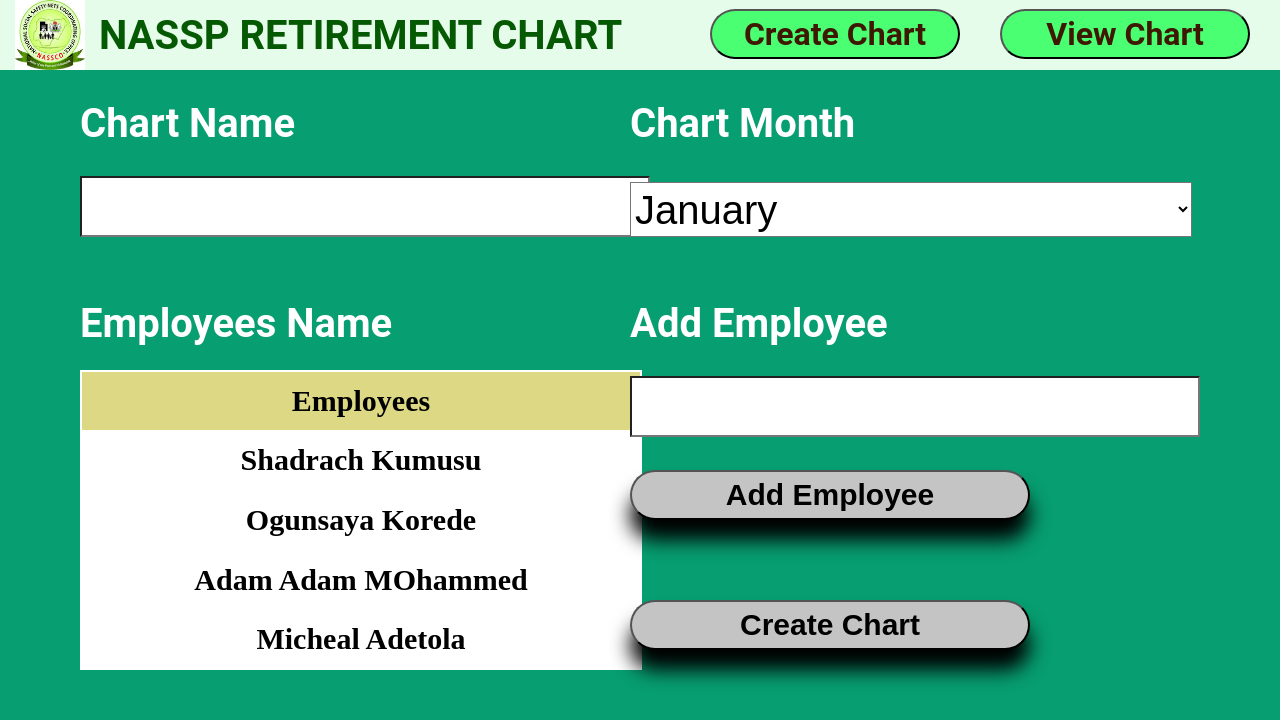
Repository: sheddy1/nasspchart
Page: http://localhost/
These files come from the project's save history. The page is drawn as it stood at one moment and after the next save; the edit follows.
The browser window is 1280 px wide. The pictures show the whole page.
The page is run by PHP 8.4 with error messages shown; the project is at /var/www/html/. The database holds what the project's SQL file puts in it.

Above is the page before, as saved 2022-04-05 14:19:37.

### index.php
<!DOCTYPE html>
<html lang="en">
<head>
    <meta charset="UTF-8">
    <meta http-equiv="X-UA-Compatible" content="IE=edge">
    <meta name="viewport" content="width=device-width, initial-scale=1.0">
    <title>NASSP CHART</title>
    <link rel="stylesheet" href="index.css">
</head>
<body>
    <div id="header">
        <img src="images/images.jpg" class="logo-image">

        <label class="logo-text">NASSP RETIREMENT CHART</label>

        <form action="" method="POST">
            <button class="view-chart" name="view-chart">
                View Chart
            </button>

            <button class="create-chart" name="create-chart">
                Create Chart
            </button>
        </form>
    </div>

    <input type="text">

    <?php
        $page = 1;
        if(isset($_POST['view-chart']))
        {
            // echo"<script>alert('you can view chart')</script>";
            $page = 2;

        }

        if(isset($_POST['create-chart']))
        {
            //  echo"<script>alert('you can create chart')</script>";

            $page = 1;
        }

        if($page==0)
        {

        }
        else if($page == 1)
        {
            $user = "root";
            $pass = "";
            $db ="nassp";
            $db = new mysqli('localhost',$user,$pass,$db)
            or die("could not connect");

            $con1="SELECT * FROM employee ";

            $con1a = mysqli_query($db,$con1);

            $con1b  = mysqli_num_rows($con1a);

          $no1= $con1b;

          echo "<form>";

            echo "

                    <div id='chart-name'>
                        <label class='chartname1'>
                        Chart Name
                        </label>

                        <input type='text'
                         class='chart-name-text' name='chart-name-text'>
                    </div>

                    <div id='chart-month'>
                        <label class='chartname1'>
                        Chart Month
                        </label>

                        <select name='chart-month-select'
                         class='chart-name-text'>
                            <option value='1'>January</option>
                            <option value='2'>Febuary</option>
                            <option value='3'>March</option>
                            <option value='4'>April</option>
                            <option value='5'>May</option>
                            <option value='6'>June</option>
                            <option value='7'>July</option>
                            <option value='8'>August</option>
                            <option value='9'>September</option>
                            <option value='10'>October</option>
                            <option value='11'>November</option>
                            <option value='12'>December</option>
                        </select>
                    </div>

                    <div id='employees'>
                        <label class='chartname1'>
                        Employees Name
                        </label>

                        <div class='employee-div1'>

                        <table class='employees-table'>

                        <tr class='employees-table-row'>
                            <th>Employees</th>
                            </tr>

                        ";
                        for($x = 0; $x<$no1; $x++)
                        {
                            $row = mysqli_fetch_array($con1a);

                            echo"<tr class='employees-table-row1'><th>".$row['employee']."</th></tr  >";
                        }
                        echo"

                        </table>
                        </div>

                    </div>

                    <button type='submit' class='btn-chart' name='btn-chart'>
                        Create Chart
                    </button>";
                echo"</form>";





            echo"
            <form method='POST' action=''>
            <div id='add-employee'>
                    <label class='chartname1'>
                    Add Employee
                    </label>

                    <input type='text'
                     class='chart-name-text' name='employee-name-text'>

                     <button type='submit' class ='add-employee-button'
                     name='add-employee-button'>
                        Add Employee
                     </button>


                </div>
                </form>
            ";



        }

        else if($page == 2)
        {

        }

        if(isset($_POST['add-employee-button']))
        {
            $employee = $_POST['employee-name-text'];

            // echo"<script>alert('the stuff is');</script>";

            $user = "root";
            $pass = "";
            $db ="nassp";
            $db = new mysqli('localhost',$user,$pass,$db)
            or die("could not connect");

            $open = "open";

            $insert_employee = "INSERT INTO employee (employee,`1`) VALUES ('$employee','$open')";

            mysqli_query($db,$insert_employee);

            mysqli_close();

        }

        if(isset($_POST['btn-chart']))
        {

            echo"<script>alert('posted');</script>";

            // $name = $_POST['chart-name-text'];

            // $month = $_POST['chart-month-select'];

            // $user = "root";
            // $pass = "";
            // $db ="nassp";
            // $db = new mysqli('localhost',$user,$pass,$db)
            // or die("could not connect");

            // $con1="SELECT * FROM employee";

            // $con1a = mysqli_query($db,$con1);

            // $con1b  = mysqli_num_rows($con1a);

            // $no1= $con1b;

            // $open = "open";

            // $closed = "closed";

            // $row = mysqli_fetch_array($con1a);

            // $employee = $row['employee'];

            // $insert_chart = "INSERT INTO employees (employee,table1,id,`1`,`2`,`3`,`4`,`5`,`6`,`7`,`8`,`9`,`10`,`11`,`12`,`13`,`14`,`15`,`16`,`17`,`18`,`19`,`20`,`21`,`22`,`23`,`24`,`25`,`26`,`27`,`28`,`29`,`30`,`31`) VALUES
            //         ('$closed','$name','$month','$open','$open','$open','$open','$open','$open','$open','$open','$open','$open','$open','$open','$open','$open','$open','$open','$open','$open','$open','$open','$open','$open','$open','$open','$open','$open','$open','$open','$open','$open','$open')";

            //         mysqli_query($db,$insert_chart);

            // for($x = 0; $x<$no1; $x++)
            //      {
            //         $row = mysqli_fetch_array($con1a);

            //         $employee = $row['employee'];

            //         // echo"<tr class='employees-table-row1'><th>".$row['employee']."</th></tr  >";

            //         $insert_chart = "INSERT INTO employees (employee,table1,id,`1`,`2`,`3`,`4`,`5`,`6`,`7`,`8`,`9`,`10`,`11`,`12`,`13`,`14`,`15`,`16`,`17`,`18`,`19`,`20`,`21`,`22`,`23`,`24`,`25`,`26`,`27`,`28`,`29`,`30`,`31`) VALUES
            //         ('$employee','$name','$month','$open','$open','$open','$open','$open','$open','$open','$open','$open','$open','$open','$open','$open','$open','$open','$open','$open','$open','$open','$open','$open','$open','$open','$open','$open','$open','$open','$open','$open','$open','$open')";

            //         mysqli_query($db,$insert_chart);
            //     }
        }

        // if(isset($_POST['chart-name-text']))
        // {
        //     echo"<script>alert('the stuff is');</script>";
        // }
    ?>
</body>
</html>

### index.css
body{
    background-color: #079E71;
}

#header{
 height: 70px;
width: 100%;
position: absolute;
left: 0px;
top: 0px;
border-radius: 0px;
background: #E5FCEA;
}

.logo-image{
    position: absolute;
width: 70px;
height: 70px;
left: 15px;
top: 0px;
}

.logo-text{
    position: absolute;
width: 700px;
height: 47px;
left: 99px;
top: 12px;

font-family: 'Roboto';
font-style: normal;
font-weight: 700;
font-size: 40px;
line-height: 47px;
/* identical to box height */


color: #055903;
}

.view-chart{
    position: absolute;
width: 250px;
height: 50px;
right: 30px;
top: 9px;

background: #4BFF73;
border-radius: 50px;

font-family: 'Roboto';
font-style: normal;
font-weight: 700;
font-size: 32px;
line-height: 38px;
/* identical to box height */


color: #3F1802;
}

.create-chart{
    position: absolute;
width: 250px;
height: 50px;
right: 320px;
top: 9px;

background: #4BFF73;
border-radius: 50px;

font-family: 'Roboto';
font-style: normal;
font-weight: 700;
font-size: 32px;
line-height: 38px;
/* identical to box height */


color: #3F1802;
}

#chart-name{
    position: absolute;
width: 570px;
height: 137px;
left: 80px;
top: 100px;
/* background-color: red; */
}

.chartname1{
    position: absolute;
left: 0px;
top: 0px;

font-family: 'Roboto';
font-style: normal;
font-weight: 700;
font-size: 40px;
line-height: 47px;
/* identical to box height */


color: #FFFFFF;
}

.chart-name-text{
    position: absolute;
width: 562px;
height: 55px;
left: 0px;
bottom: 0px;
font-size:40px;
background: #ffffff;
}

#chart-month{
    position: absolute;
width: 570px;
height: 137px;
right: 80px;
top: 100px;
/* background-color: red; */
}

#employees{
    position: absolute;
width: 570px;
height: 137px;
left: 80px;
top: 300px;
/* background-color: red; */
}

.employee-div1{
    position: absolute;
width: 562px;
height: 300px;
left: 0px;
top: 70px;
overflow: auto;
font-size: 30px;
background: #ffffff;
text-align: center;
}

.employees-table{
    text-align: center;
    width: 100%;
    height: 100%;
}

.employees-table-row{
    text-align: center;
width: 100%;
height: 50px;
background: #DCD884;
}

.employees-table-row1{
    text-align: center;
width: 100%;
height: 50px;

}

#add-employee{
    position: absolute;
width: 570px;
height: 137px;
right: 80px;
top: 300px;
/* background-color: red; */
}

.add-employee-button{
    position: absolute;
width: 400px;
height: 50px;
left: 0px;
top: 170px;
font-weight: bold;
font-size: 30px;
background: #C4C4C4;
border-radius: 50px;
box-shadow: 0px 20px 20px 0px;
}


.btn-chart{
    position: absolute;
    width: 400px;
    height: 50px;
    right: 250px;
    top: 600px;
    font-weight: bold;
    font-size: 30px;
    background: #C4C4C4;
    border-radius: 50px;
    box-shadow: 0px 20px 20px 0px;
}

### nassp.sql (the tables this page reads)
CREATE TABLE `employee` (
  `employee` varchar(50) NOT NULL
) ENGINE=InnoDB DEFAULT CHARSET=latin1;

INSERT INTO `employee` (`employee`) VALUES
('Shadrach Kumusu'),
('Ogunsaya Korede'),
('Adam Adam MOhammed'),
('Micheal Adetola');

After the next save:
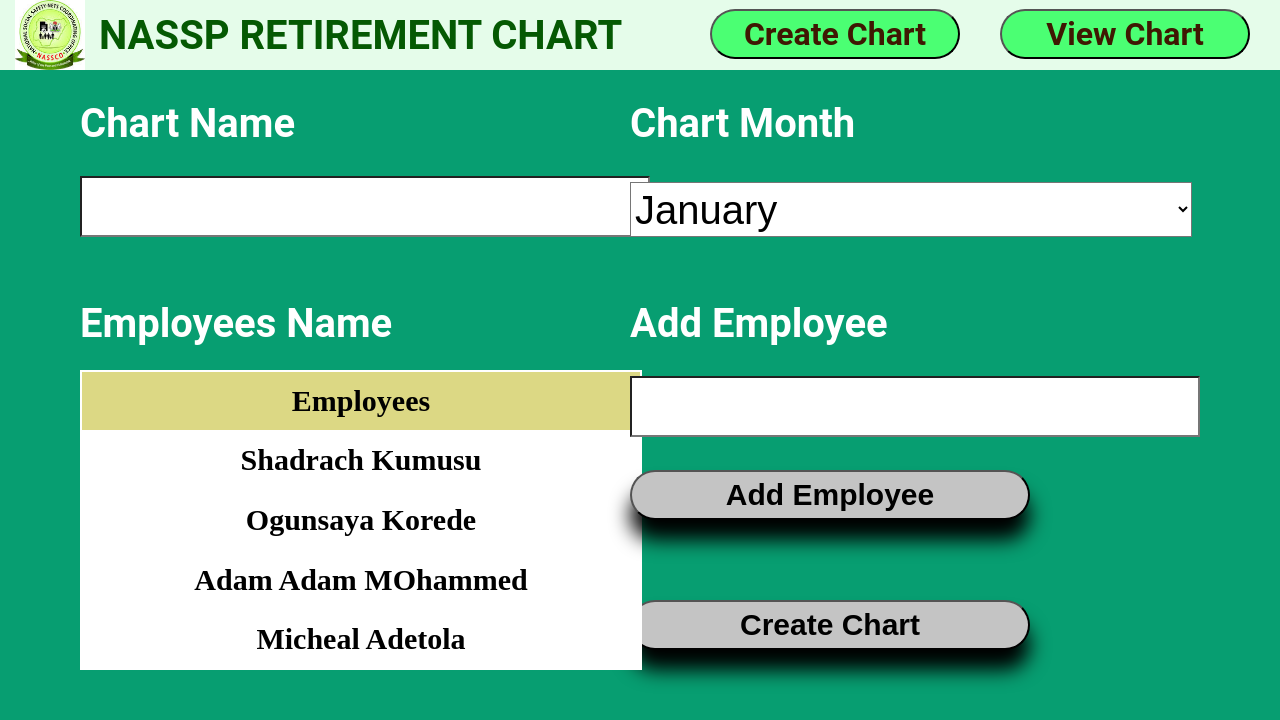
Saved 6 min 27 s later.
--- a/index.php
+++ b/index.php
@@ -97,40 +97,41 @@
                         </select>
                     </div>
 
-                    <div id='employees'>
-                        <label class='chartname1'>
-                        Employees Name
-                        </label>
-
-                        <div class='employee-div1'>
-
-                        <table class='employees-table'>
-
-                        <tr class='employees-table-row'>
-                            <th>Employees</th>
-                            </tr>
-
-                        ";
-                        for($x = 0; $x<$no1; $x++)
-                        {
-                            $row = mysqli_fetch_array($con1a);
-
-                            echo"<tr class='employees-table-row1'><th>".$row['employee']."</th></tr  >";
-                        }
-                        echo"
-
-                        </table>
-                        </div>
-
-                    </div>
-
                     <button type='submit' class='btn-chart' name='btn-chart'>
                         Create Chart
                     </button>";
+
                 echo"</form>";
 
 
-
+             echo"
+             <div id='employees'>
+             <label class='chartname1'>
+             Employees Name
+             </label>
+
+             <div class='employee-div1'>
+
+             <table class='employees-table'>
+
+             <tr class='employees-table-row'>
+                 <th>Employees</th>
+                 </tr>
+
+             ";
+             for($x = 0; $x<$no1; $x++)
+             {
+                 $row = mysqli_fetch_array($con1a);
+
+                 echo"<tr class='employees-table-row1'><th>".$row['employee']."</th></tr  >";
+             }
+             echo"
+
+             </table>
+             </div>
+
+         </div>
+             ";
 
 
             echo"
